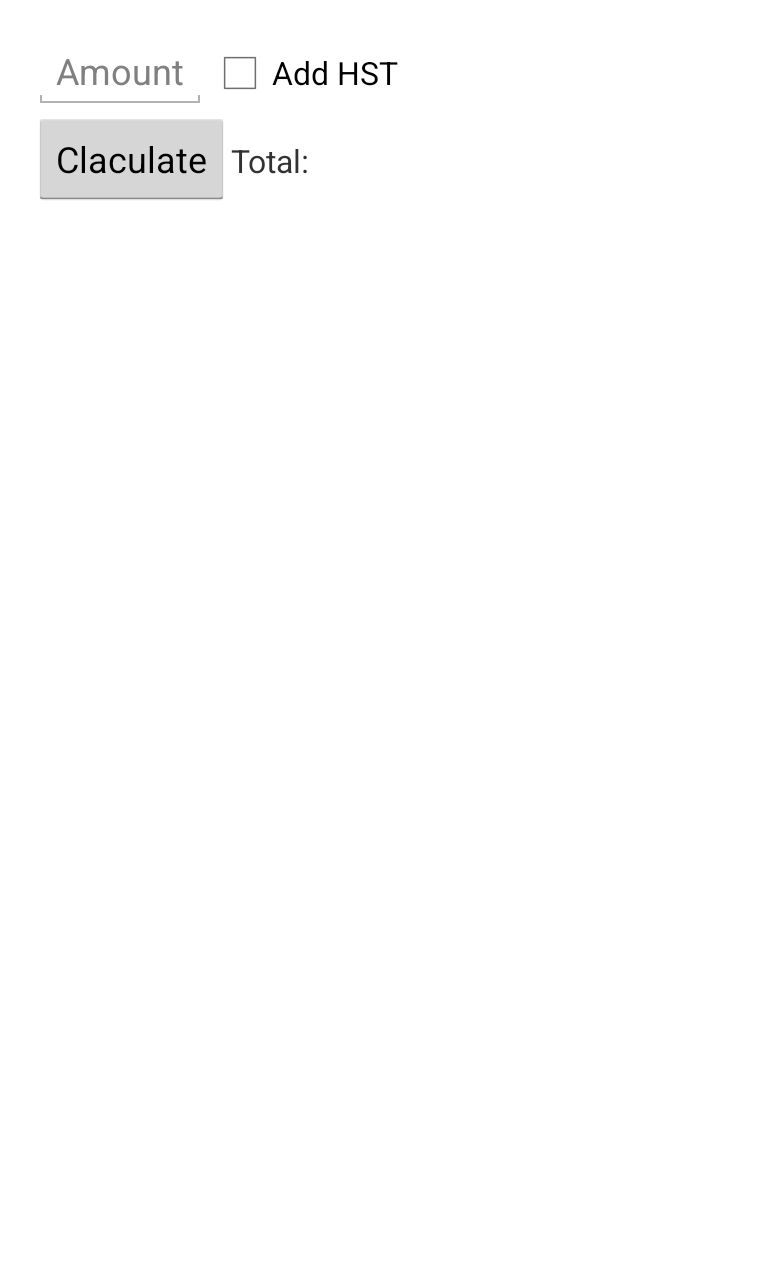
Repository: ericMedeiros93/Android-Dev
Layout: week3_1/res/layout/activity_main.xml
These files come from the project's save history. The layout is drawn as it stood at one moment and after the next save; the edit follows.
It is drawn on a 768 x 1280 px phone screen (xhdpi) without system bars, with theme AppTheme; the app's code is not run.

Above is the layout before, as saved 2014-09-17 15:30:49.

After the next save:
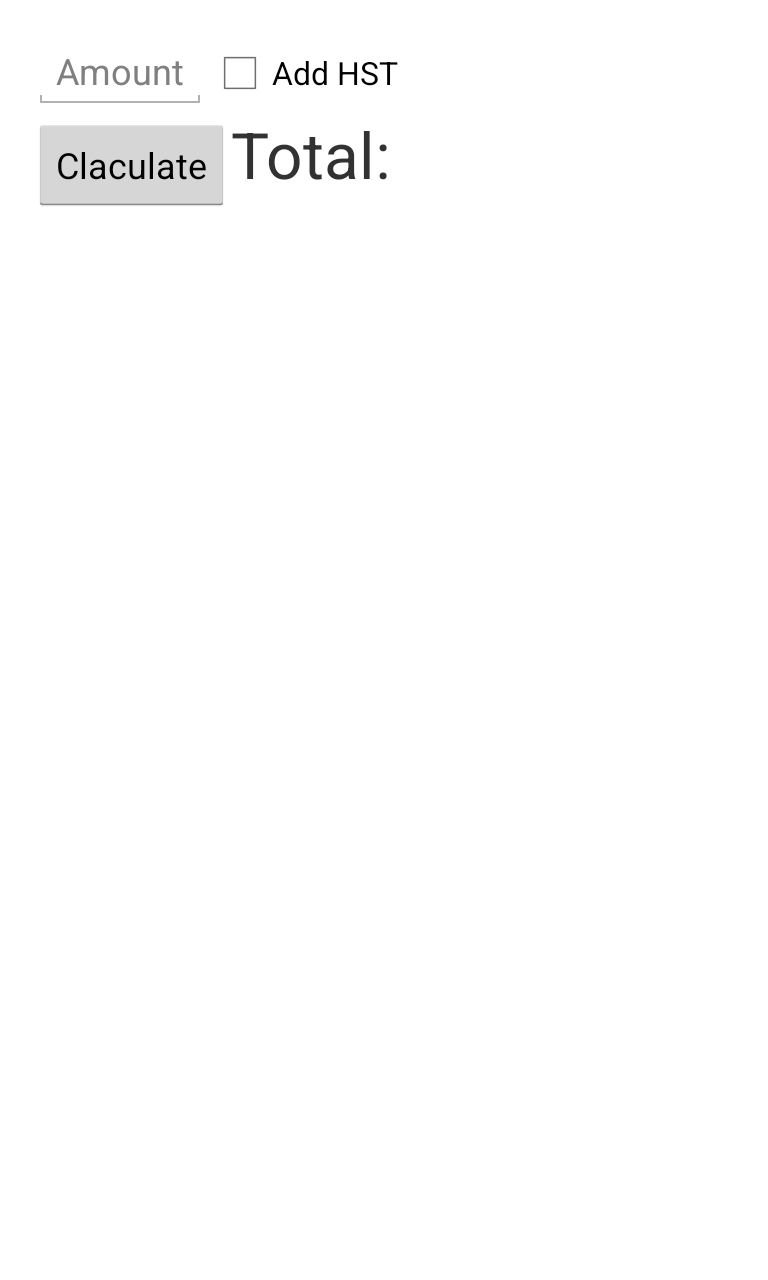
Saved 14 s later.
--- a/week3_1/res/layout/activity_main.xml
+++ b/week3_1/res/layout/activity_main.xml
@@ -42,7 +42,7 @@
             android:id="@+id/txtResult"
             android:layout_width="wrap_content"
             android:layout_height="wrap_content"
-            android:textSize="16sp"
+            android:textSize="32sp"
             android:text="Total:" />
     </LinearLayout>
 
